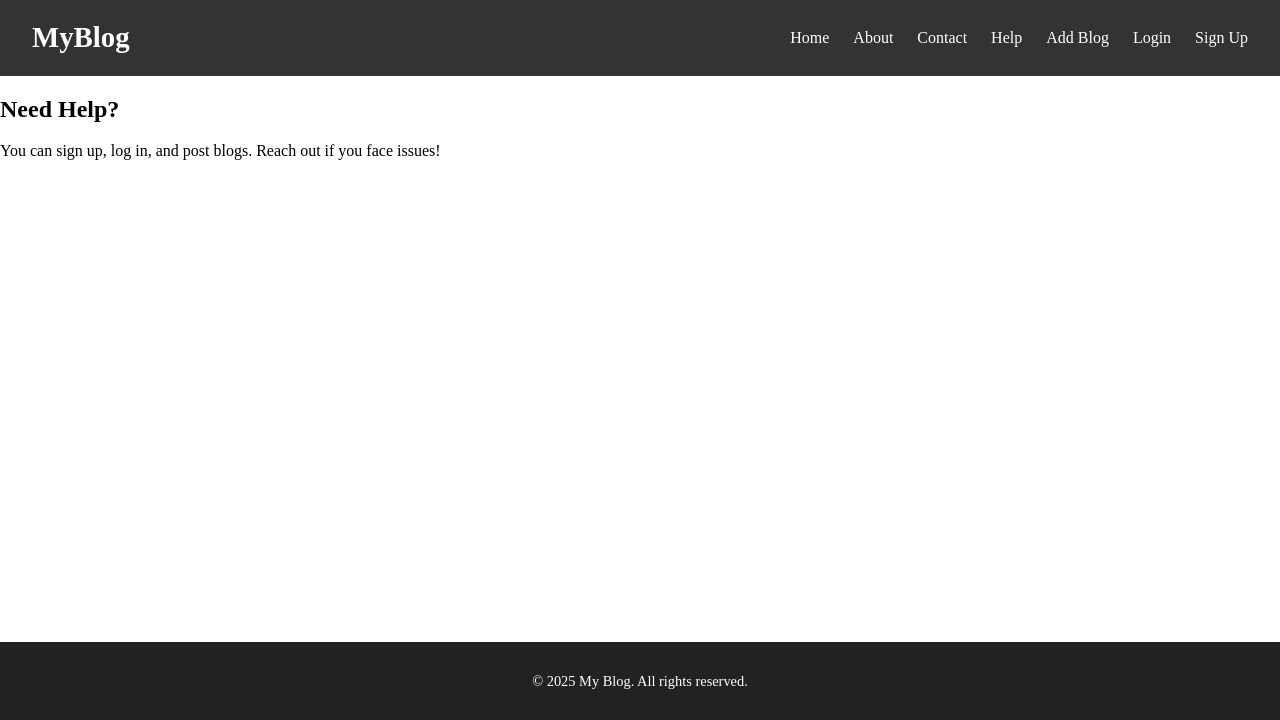
Repository: ankitg-02/FLASK
Page: http://localhost/help
These files come from the project's save history. The page is drawn as it stood at one moment and after the next save; the edit follows.
The browser window is 1280 px wide. The pictures show the whole page.
The page is served by the project's application, run on Flask 3 (app.py).

Above is the page before, as saved 2025-05-19 22:05:08.

### Project2/templates/help.html
{% extends "base.html" %} {% block title %}Help | My Blog{% endblock %} {% block
content %}
<h2 class="text-center">Need Help?</h2>
<p class="text-center">
  You can sign up, log in, and post blogs. Reach out if you face issues!
</p>
{% endblock %}

### Project2/templates/base.html
<!DOCTYPE html>
<html lang="en">
  <head>
    <meta charset="UTF-8" />
    <title>{% block title %}My Blog{% endblock %}</title>
    <link
      rel="stylesheet"
      href="{{ url_for('static', filename='css/style.css') }}"
    />
    <meta name="viewport" content="width=device-width, initial-scale=1" />
  </head>
  <body>
    <div class="wrapper">
      <nav class="navbar">
        <div class="nav-container">
          <a href="{{ url_for('index') }}" class="nav-logo">MyBlog</a>
          <ul class="nav-menu" id="nav-menu">
            <li><a href="{{ url_for('index') }}" class="nav-link">Home</a></li>
            <li><a href="{{ url_for('about') }}" class="nav-link">About</a></li>
            <li>
              <a href="{{ url_for('contact') }}" class="nav-link">Contact</a>
            </li>
            <li><a href="{{ url_for('help') }}" class="nav-link">Help</a></li>
            <li>
              <a href="{{ url_for('add_blog') }}" class="nav-link">Add Blog</a>
            </li>

            {% if current_user.is_authenticated %}
            <li>
              <a href="{{ url_for('logout') }}" class="nav-link nav-link-button"
                >Logout</a
              >
            </li>
            {% else %}
            <li><a href="{{ url_for('login') }}" class="nav-link">Login</a></li>
            <li>
              <a href="{{ url_for('signup') }}" class="nav-link nav-link-button"
                >Sign Up</a
              >
            </li>
            {% endif %}
          </ul>
          <div class="nav-toggle" id="nav-toggle">
            <span></span>
            <span></span>
            <span></span>
          </div>
        </div>
      </nav>

      <main>{% block content %}{% endblock %}</main>

      <footer class="footer">
        <p>&copy; 2025 My Blog. All rights reserved.</p>
      </footer>
    </div>

    <script>
      const navToggle = document.getElementById("nav-toggle");
      const navMenu = document.getElementById("nav-menu");

      navToggle.addEventListener("click", () => {
        navMenu.classList.toggle("nav-menu_visible");
        navToggle.classList.toggle("nav-toggle_active");
      });
    </script>
  </body>
</html>

### Project2/app.py
from flask import Flask, render_template, request, redirect, url_for, flash
from flask_sqlalchemy import SQLAlchemy
from flask_login import LoginManager, UserMixin, login_user, login_required, logout_user, current_user
from werkzeug.security import generate_password_hash, check_password_hash
from datetime import datetime

app = Flask(__name__)
app.secret_key = "secretkey"

# Database configuration
app.config['SQLALCHEMY_DATABASE_URI'] = 'sqlite:///blogs.db'
app.config['SQLALCHEMY_TRACK_MODIFICATIONS'] = False
db = SQLAlchemy(app)

# Flask-Login setup
login_manager = LoginManager()
login_manager.init_app(app)
login_manager.login_view = 'login'

# User model
class User(db.Model, UserMixin):
    id = db.Column(db.Integer, primary_key=True)
    username = db.Column(db.String(100), unique=True, nullable=False)
    email = db.Column(db.String(120), unique=True, nullable=False)
    password = db.Column(db.String(200), nullable=False)

# Blog model
class Blog(db.Model):
    id = db.Column(db.Integer, primary_key=True)
    author = db.Column(db.String(100), nullable=False)
    email = db.Column(db.String(120), nullable=False)
    phone = db.Column(db.String(15), nullable=False)
    title = db.Column(db.String(200), nullable=False)
    content = db.Column(db.Text, nullable=False)
    date_posted = db.Column(db.DateTime, default=datetime.utcnow)

@login_manager.user_loader
def load_user(user_id):
    return User.query.get(int(user_id))

# Routes
@app.route('/')
def index():
    blogs = Blog.query.order_by(Blog.date_posted.desc()).all()
    return render_template('index.html', blogs=blogs)

@app.route('/about')
def about():
    return render_template('about.html')

@app.route('/contact')
def contact():
    return render_template('contact.html')

@app.route('/help')
def help():
    return render_template('help.html')

@app.route('/add_blog', methods=['GET', 'POST'])
@login_required
def add_blog():
    if request.method == 'POST':
        author = request.form['author']
        email = request.form['email']
        phone = request.form['phone']
        title = request.form['title']
        content = request.form['content']

        new_blog = Blog(
            author=author,
            email=email,
            phone=phone,
            title=title,
            content=content
        )

        try:
            db.session.add(new_blog)
            db.session.commit()
            flash("✅ Blog added successfully!", "success")
            return redirect(url_for('index'))
        except Exception as e:
            flash(f"❌ Error: {str(e)}", "danger")
            return redirect(url_for('add_blog'))

    return render_template('add_blog.html')

@app.route('/signup', methods=['GET', 'POST'])
def signup():
    if request.method == 'POST':
        username = request.form['username']
        email = request.form['email']
        password = generate_password_hash(request.form['password'])

        user = User(username=username, email=email, password=password)
        try:
            db.session.add(user)
            db.session.commit()
            flash("✅ Account created. Please log in.", "success")
            return redirect(url_for('login'))
        except:
            flash("❌ Username or Email already exists.", "danger")
            return redirect(url_for('signup'))

    return render_template('signup.html')

@app.route('/login', methods=['GET', 'POST'])
def login():
    if request.method == 'POST':
        email = request.form['email']
        password = request.form['password']
        user = User.query.filter_by(email=email).first()
        if user and check_password_hash(user.password, password):
            login_user(user)
            flash("✅ Logged in successfully.", "success")
            return redirect(url_for('index'))
        else:
            flash("❌ Invalid credentials.", "danger")
            return redirect(url_for('login'))
    return render_template('login.html')

@app.route('/logout')
@login_required
def logout():
    logout_user()
    flash("🔒 Logged out.", "info")
    return redirect(url_for('index'))

# Run app
if __name__ == '__main__':
    with app.app_context():
        db.create_all()
    app.run(debug=True)

### Project2/static/css/style.css
html, body {
  height: 100%;
  margin: 0;
  padding: 0;
}

.wrapper {
  display: flex;
  flex-direction: column;
  min-height: 100vh;
}
main {
  flex: 1;
}

.navbar {
  background-color: #333;
  color: white;
  padding: 0.8rem 2rem;
  position: sticky;
  top: 0;
  z-index: 1000;
}

.nav-container {
  display: flex;
  justify-content: space-between;
  align-items: center;
}

.nav-logo {
  font-size: 1.8rem;
  font-weight: bold;
  color: white;
  text-decoration: none;
}

.nav-menu {
  list-style: none;
  display: flex;
  gap: 1.5rem;
}

.nav-link {
  text-decoration: none;
  color: white;
  transition: color 0.3s ease;
}

.nav-link:hover {
  color: #00bfff;
}

.nav-button {
  background-color: #00bfff;
  padding: 0.5rem 1rem;
  border-radius: 5px;
  color: white;
}

.nav-toggle {
  display: none;
  flex-direction: column;
  cursor: pointer;
}

.nav-toggle .bar {
  height: 3px;
  width: 25px;
  background-color: white;
  margin: 4px 0;
  transition: all 0.3s;
}

/* Mobile view */
@media (max-width: 768px) {
  .nav-menu {
    flex-direction: column;
    position: absolute;
    top: 60px;
    right: 0;
    background-color: #333;
    width: 100%;
    max-height: 0;
    overflow: hidden;
    transition: max-height 0.3s ease;
  }

  .nav-menu-visible {
    max-height: 400px;
  }

  .nav-toggle {
    display: flex;
  }

  .nav-menu li {
    margin: 1rem 0;
    text-align: center;
  }
}

.main-content {
  padding: 2rem;
  text-align: center;
}

.footer {
  background-color: #222;
  color: #fff;
  padding: 1rem;
  text-align: center;
  font-size: 0.9rem;
}
.form-container {
  max-width: 500px;
  margin: 2rem auto;
  background-color: #ffffff;
  padding: 2rem;
  border-radius: 10px;
  box-shadow: 0 8px 20px rgba(0, 0, 0, 0.05);
  text-align: center;
}

.form-container h2 {
  margin-bottom: 1rem;
  color: #333;
}

.form-container form {
  display: flex;
  flex-direction: column;
  gap: 1rem;
}

.form-container input,
.form-container textarea {
  padding: 0.75rem;
  border: 1px solid #ccc;
  border-radius: 8px;
  font-size: 1rem;
}

.form-container textarea {
  resize: vertical;
}

.form-button {
  background-color: #00bfff;
  color: white;
  padding: 0.75rem;
  border: none;
  border-radius: 8px;
  cursor: pointer;
  transition: background-color 0.3s ease;
  font-size: 1rem;
}

.form-button:hover {
  background-color: #009ace;
}

.form-container p {
  margin-top: 1rem;
  font-size: 0.95rem;
}

.form-container a {
  color: #00bfff;
  text-decoration: none;
}
.card-mb-3 {
  max-width: 800px;
  margin: 40px auto; /* centers horizontally */
  padding: 20px;
  text-align: center;
}

.card-mb-3 h1,
.card-mb-3 h2,
.card-mb-3 p {
  margin-bottom: 15px;
  color: #333;
}

After the next save:
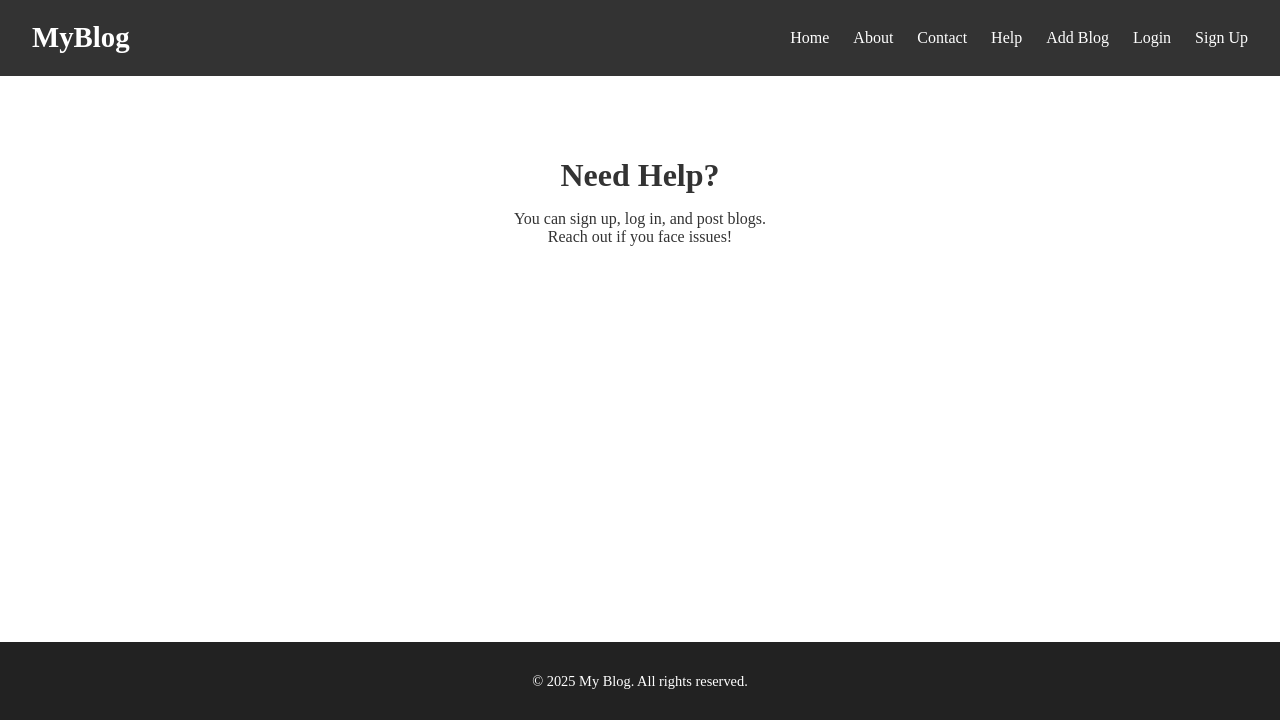
Saved 69 s later.
--- a/Project2/templates/help.html
+++ b/Project2/templates/help.html
@@ -1,7 +1,10 @@
 {% extends "base.html" %} {% block title %}Help | My Blog{% endblock %} {% block
 content %}
-<h2 class="text-center">Need Help?</h2>
-<p class="text-center">
-  You can sign up, log in, and post blogs. Reach out if you face issues!
-</p>
+<div class="card-mb-3" ,align-items="center" style="width: 18rem">
+  <h1 class="text-center mb-4" ,align-items="center">Need Help?</h1>
+  <p class="text-center">
+    You can sign up, log in, and post blogs. Reach out if you face issues!
+  </p>
+</div>
+
 {% endblock %}
